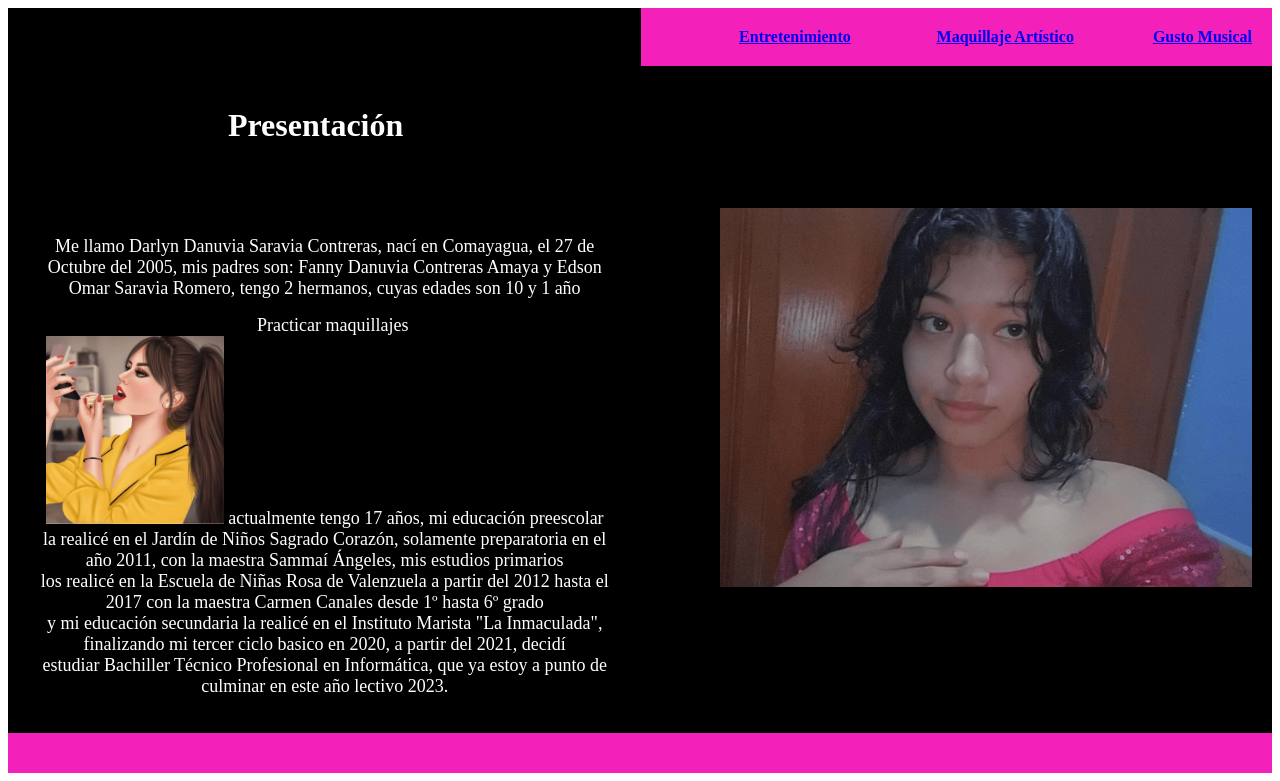
Repository: darlyn-saravia27/portafolio-darlynsaravia
Page: archivoshtml/index.html
An editor plug-in stored every save of this project. The page is shown before and after the next save, followed by the edit.
The browser window is 1280 px wide. The pictures show the whole page.

Above is the page before, as saved 2023-03-05 03:32:13.

After the next save:
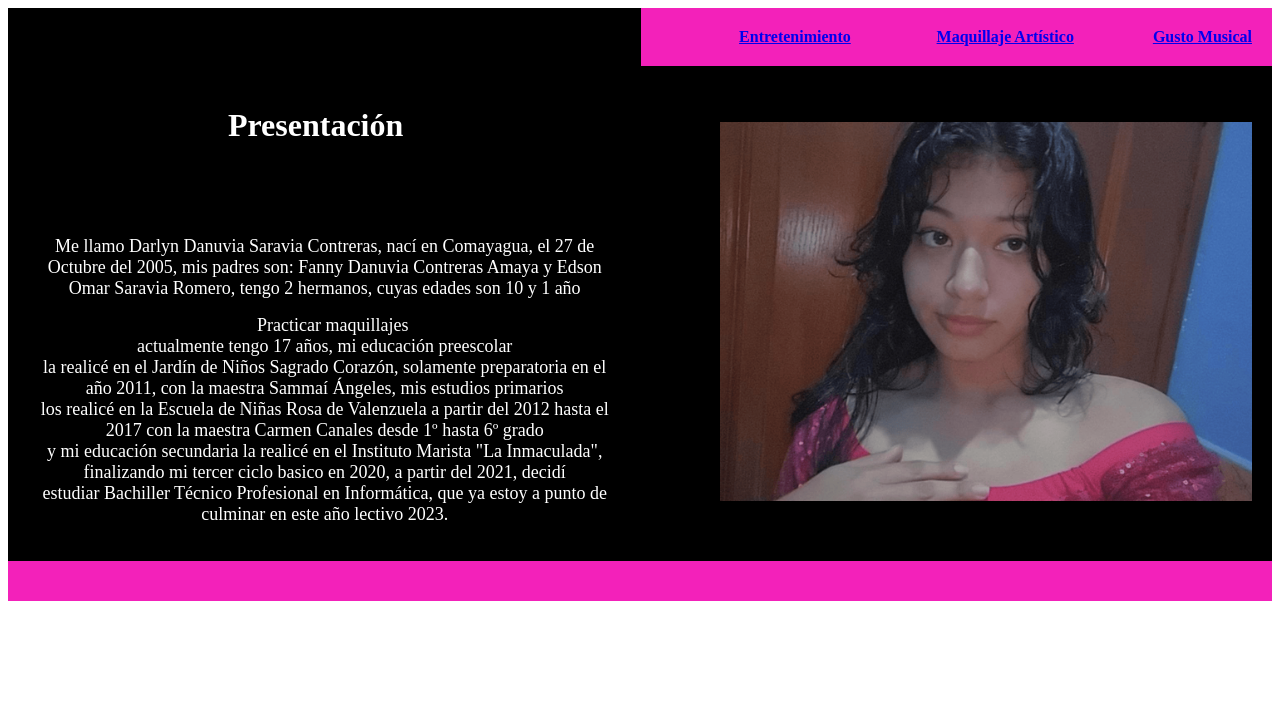
Saved 16 s later.
--- a/archivoshtml/index.html
+++ b/archivoshtml/index.html
@@ -24,8 +24,9 @@
             <br>
             <br>
             <p><font color="white" size="4"> Me llamo Darlyn Danuvia Saravia Contreras, nací en Comayagua,
-                el 27 de Octubre del 2005, mis padres son: Fanny Danuvia Contreras Amaya y Edson Omar Saravia Romero, tengo 2 hermanos, cuyas edades son 10 y 1 año<li type="1">Practicar maquillajes</li>
-                    <img src="art.png" width="30%" height="30%"> actualmente tengo 17 años, mi educación preescolar <br>la realicé
+                el 27 de Octubre del 2005, mis padres son: Fanny Danuvia Contreras Amaya y Edson Omar Saravia
+                Romero, tengo 2 hermanos, cuyas edades son 10 y 1 año<li type="1">Practicar maquillajes</li>
+                actualmente tengo 17 años, mi educación preescolar <br>la realicé
                 en el Jardín de Niños Sagrado Corazón, solamente preparatoria en el año 2011,
                 con la maestra Sammaí Ángeles, mis estudios primarios <br>los realicé en la
                 Escuela de Niñas Rosa de Valenzuela a partir del 2012 hasta el 2017 con
